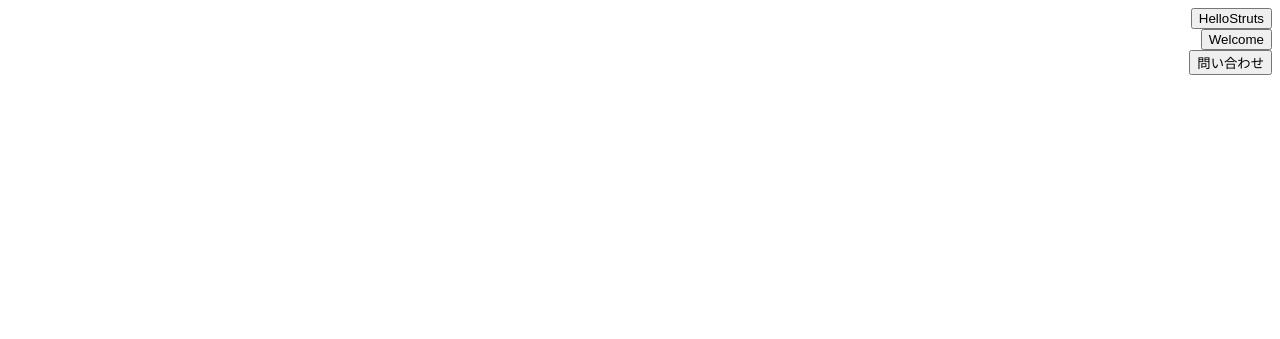
Repository: Wildbird-Yachou/test
Page: http://localhost/WebProj/
These files come from the project's save history. The page is drawn as it stood at one moment and after the next save; the edit follows.
The browser window is 1280 px wide. The pictures show the whole page.
The page is served by Tomcat 9. Other server files are loaded and not shown.

Above is the page before, as saved 2018-08-22 11:33:16.

### WebProj/WebContent/index.jsp
<%@ page language="java" contentType="text/html; charset=UTF-8"
    pageEncoding="UTF-8"%>
<%@ taglib prefix="s" uri="/struts-tags" %>
<!DOCTYPE html PUBLIC "-//W3C//DTD HTML 4.01 Transitional//EN" "http://www.w3.org/TR/html4/loose.dtd">
<html>
<head>
<meta http-equiv="Content-Type" content="text/html; charset=UTF-8">
<title>INDEX</title>
</head>
<body>
 <form action="HelloStrutsAction">
  <s:submit value="HelloStruts"/>
 </form>

 <form action="WelcomeAction">
  <s:submit value="Welcome"/>
 </form>

 <form action="InquiryAction">
  <s:submit value="問い合わせ"/>
 </form>
</body>
</html>

After the next save:
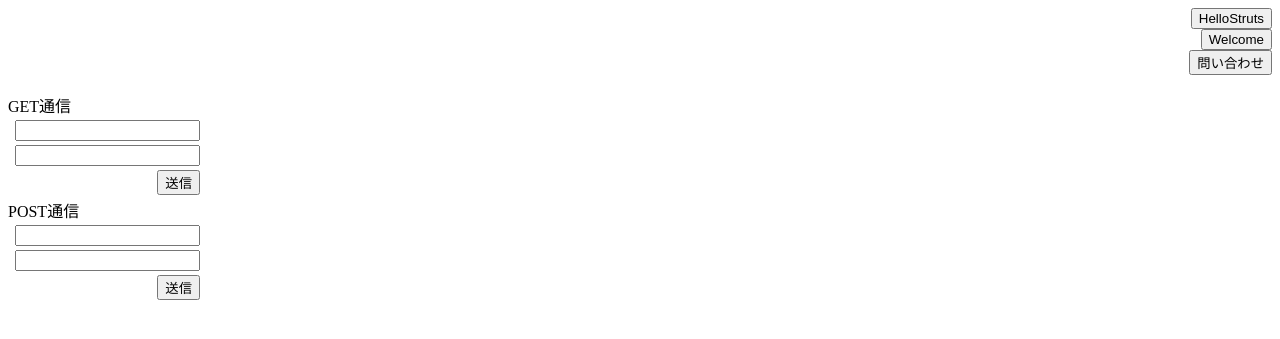
Saved 5 min 25 s later.
--- a/WebProj/WebContent/index.jsp
+++ b/WebProj/WebContent/index.jsp
@@ -19,5 +19,19 @@
  <form action="InquiryAction">
   <s:submit value="問い合わせ"/>
  </form>
+
+ <br>
+ GET通信
+ <s:form method="get" action="TestAction">
+ <s:textfield name="username"/>
+ <s:password name="password"/>
+ <s:submit value="送信"/>
+ </s:form>
+ POST通信
+ <s:form method="post" action="TestAction">
+ <s:textfield name="username"/>
+ <s:password name="password"/>
+ <s:submit value="送信"/>
+ </s:form>
 </body>
 </html>
